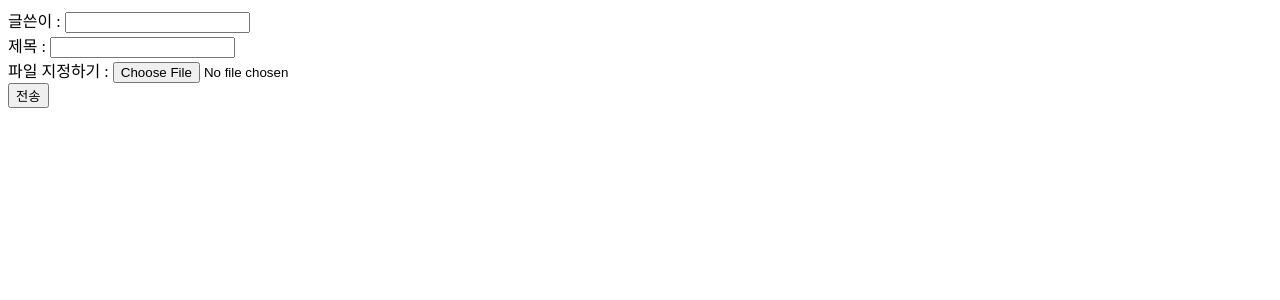
Repository: yjeongyjeong/jsp
Page: http://localhost/web-study-10/02_upload.jsp
The author's editor kept a copy of each file at every save. The page is drawn from the files as they stood at one save, then again after the next save.
The browser window is 1280 px wide. The pictures show the whole page.
The page is served by Tomcat 9. Other server files are loaded and not shown.

Above is the page before, as saved 2023-10-18 03:23:17.

### web-study-10/src/main/webapp/02_upload.jsp
<%@ page language="java" contentType="text/html; charset=UTF-8"
    pageEncoding="UTF-8"%>
<!DOCTYPE html>
<html>
<head>
<meta charset="UTF-8">
<title>Insert title here</title>
</head>
<body>
<form action="upload.do" method="post" enctype="multipart/form-data">
글쓴이 : <input type="text" name="name"><br>
제목 : <input type="text" name="title"><br>
파일 지정하기 : <input type="file" name="uploadFile"><br>
<input type="submit" value="전송">


</form>
</body>
</html>

After the next save:
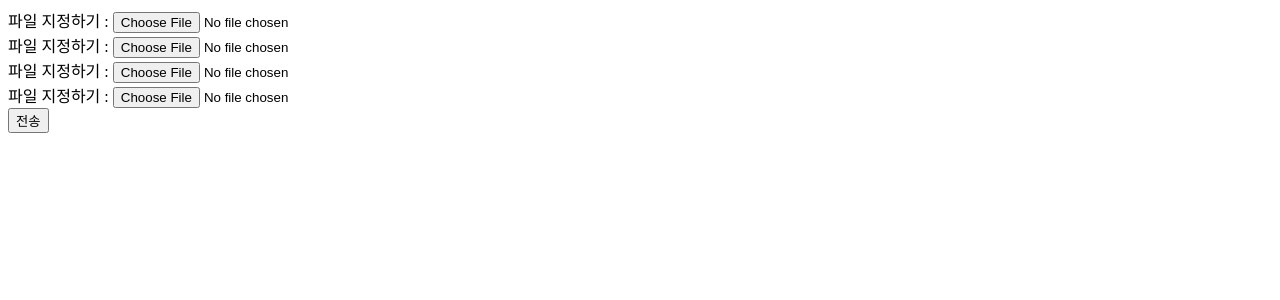
Saved 24 min 11 s later.
--- a/web-study-10/src/main/webapp/02_upload.jsp
+++ b/web-study-10/src/main/webapp/02_upload.jsp
@@ -8,8 +8,9 @@
 </head>
 <body>
 <form action="upload.do" method="post" enctype="multipart/form-data">
-글쓴이 : <input type="text" name="name"><br>
-제목 : <input type="text" name="title"><br>
+파일 지정하기 : <input type="file" name="uploadFile"><br>
+파일 지정하기 : <input type="file" name="uploadFile"><br>
+파일 지정하기 : <input type="file" name="uploadFile"><br>
 파일 지정하기 : <input type="file" name="uploadFile"><br>
 <input type="submit" value="전송">
 
